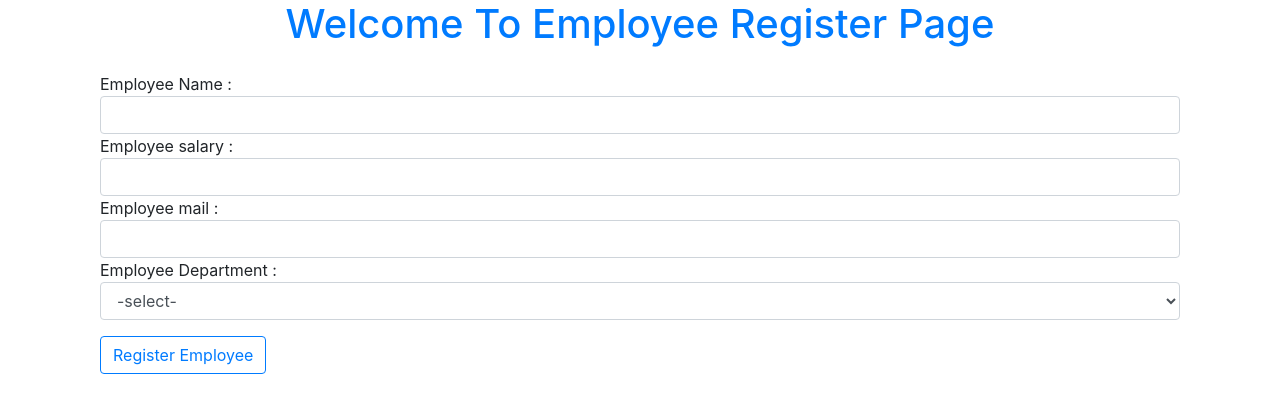
Repository: lokeshsukhwal/EmployeeMiniProject
Page: http://localhost/EmployeeRegister
These files come from the project's save history. The page is drawn as it stood at one moment and after the next save; the edit follows.
The browser window is 1280 px wide. The pictures show the whole page.
The page is this project's Thymeleaf template; nobody is signed in. The template is opened directly, without the code that normally fills it, so the values that code supplies are empty.

Above is the page before, as saved 2023-01-17 20:44:38.

### SpringBootMvc-ThymeleafMySqlCrudMiniProject/src/main/resources/templates/EmployeeRegister.html
<!DOCTYPE html>
<html xmlns:th="https://www.thymeleaf.org/">
<head>
<meta charset="ISO-8859-1">
<title>Employee register page</title>
<link rel="stylesheet"
	href="https://cdn.jsdelivr.net/npm/bootstrap@4.0.0/dist/css/bootstrap.min.css"
	integrity="sha384-Gn5384xqQ1aoWXA+058RXPxPg6fy4IWvTNh0E263XmFcJlSAwiGgFAW/dAiS6JXm"
	crossorigin="anonymous">
</head>
<body>
<div class="container">
	<h1 class=" text-primary text-center">Welcome To Employee Register Page</h1>
	<div class="container">
		<form th:action="@{/employee/save}" method="POST" class="mt-4 form">

			Employee Name : <input type="text" name="empName"class="form-control">

			Employee salary : <input type="text" name="empSalary"class="form-control">

			Employee mail : <input type="email" name="empMail"class="form-control">

			Employee Department : <select name="department" class="form-control">
										<option value="#">-select-</option>
										<option value="dev">DEV</option>
										<option value="ba">BA</option>
										<option value="qa">QA</option>
								  </select>

		<button type="submit" class="btn btn-outline-primary mt-3">Register Employee</button>

		</form>


		<h4 th:text="${message}" class="bg-success text-white mt-4 text-center"></h4>
	</div>
	</div>

</body>
</html>

After the next save:
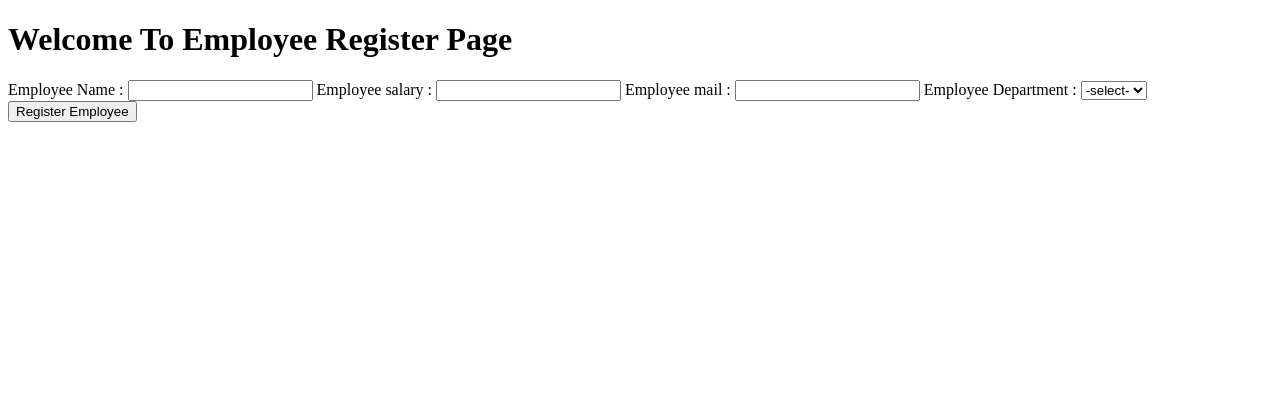
Saved 13 h 42 min later.
--- a/SpringBootMvc-ThymeleafMySqlCrudMiniProject/src/main/resources/templates/EmployeeRegister.html
+++ b/SpringBootMvc-ThymeleafMySqlCrudMiniProject/src/main/resources/templates/EmployeeRegister.html
@@ -4,9 +4,7 @@
 <meta charset="ISO-8859-1">
 <title>Employee register page</title>
 <link rel="stylesheet"
-	href="https://cdn.jsdelivr.net/npm/bootstrap@4.0.0/dist/css/bootstrap.min.css"
-	integrity="sha384-Gn5384xqQ1aoWXA+058RXPxPg6fy4IWvTNh0E263XmFcJlSAwiGgFAW/dAiS6JXm"
-	crossorigin="anonymous">
+href="https://cdnjs.cloudflare.com/ajax/libs/bootstrap/5.2.3/js/bootstrap.min.js">
 </head>
 <body>
 <div class="container">

After the save that followed:
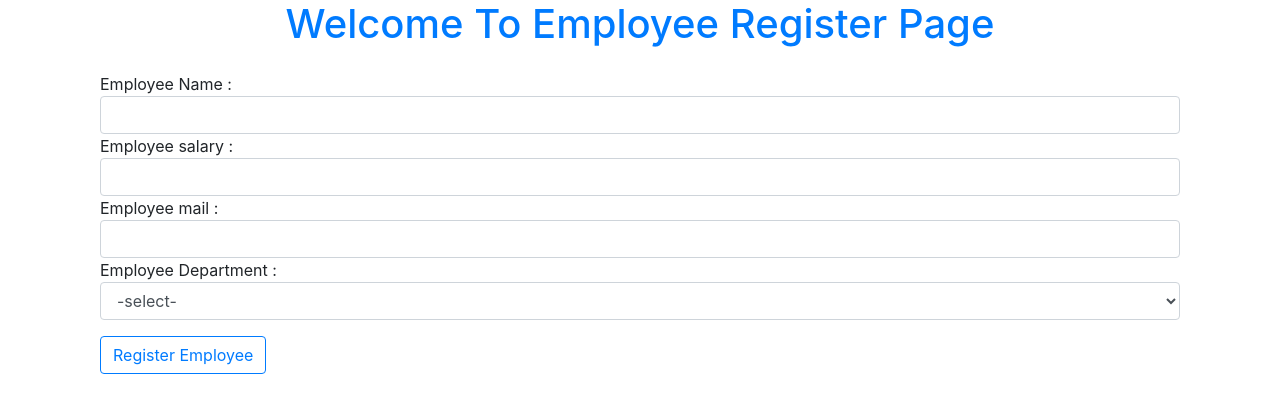
Saved 4 min 59 s later.
--- a/SpringBootMvc-ThymeleafMySqlCrudMiniProject/src/main/resources/templates/EmployeeRegister.html
+++ b/SpringBootMvc-ThymeleafMySqlCrudMiniProject/src/main/resources/templates/EmployeeRegister.html
@@ -3,8 +3,8 @@
 <head>
 <meta charset="ISO-8859-1">
 <title>Employee register page</title>
-<link rel="stylesheet"
-href="https://cdnjs.cloudflare.com/ajax/libs/bootstrap/5.2.3/js/bootstrap.min.js">
+<!-- Latest compiled and minified CSS -->
+<link rel="stylesheet" href="https://cdn.jsdelivr.net/npm/bootstrap@4.6.2/dist/css/bootstrap.min.css">
 </head>
 <body>
 <div class="container">
